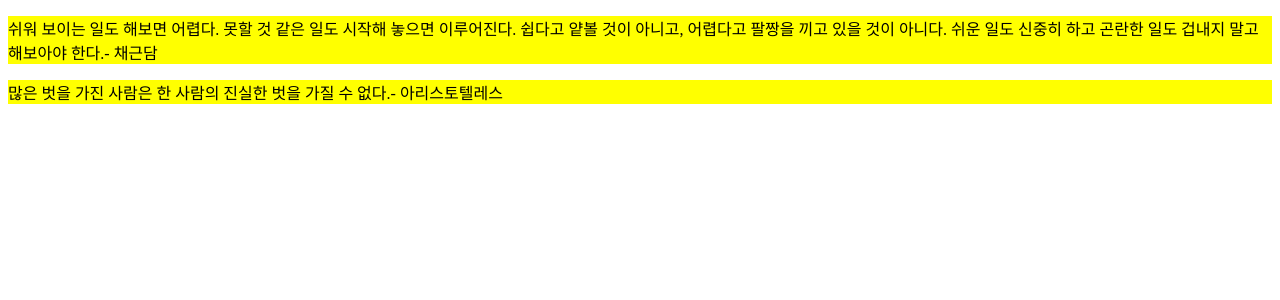
Repository: song-bean/Web_song
Page: 02_CSS/src/main/webapp/chapter01/Ex03.html
An editor plug-in stored every save of this project. The page is shown before and after the next save, followed by the edit.
The browser window is 1280 px wide. The pictures show the whole page.

Above is the page before, as saved 2023-02-22 07:20:38.

### 02_CSS/src/main/webapp/chapter01/Ex03.html
<!DOCTYPE html>
<html>
<head>
<meta charset="UTF-8">
<title>Insert title here</title>
<style type="text/css">
	p{
		background-color: yellow;
	}
</style>
</head>
<body>

	<p >
		쉬워 보이는 일도 해보면 어렵다. 못할 것 같은 일도 시작해 놓으면 이루어진다. 쉽다고 얕볼 것이 아니고,
		어렵다고 팔짱을 끼고 있을 것이 아니다. 쉬운 일도 신중히 하고 곤란한 일도 겁내지 말고 해보아야 한다.- 채근담
	</p>

	<p>
		많은 벗을 가진 사람은 한 사람의 진실한 벗을 가질 수 없다.- 아리스토텔레스
	</p>

</body>
</html>

After the next save:
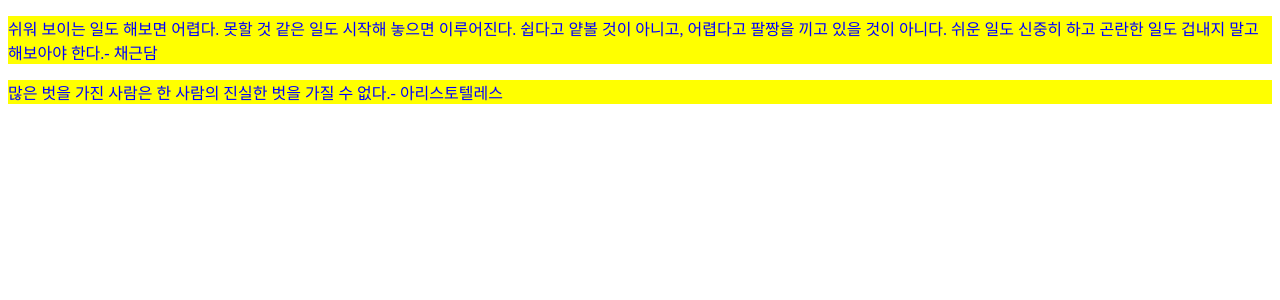
Saved 7 s later.
--- a/02_CSS/src/main/webapp/chapter01/Ex03.html
+++ b/02_CSS/src/main/webapp/chapter01/Ex03.html
@@ -6,6 +6,7 @@
 <style type="text/css">
 	p{
 		background-color: yellow;
+		color:blue;
 	}
 </style>
 </head>
